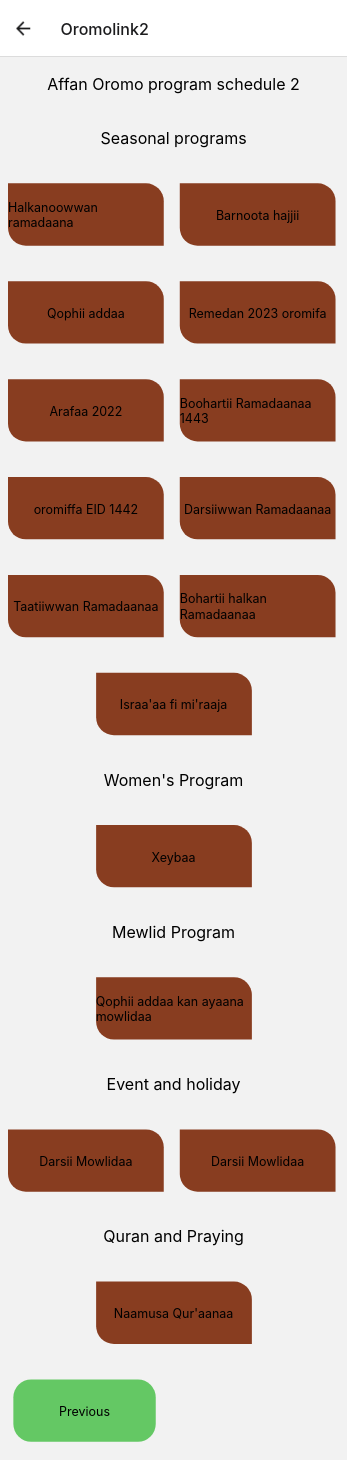
Repository: abdurehmanali611/Assunah_TV
Screen: /Oromolink2
These files come from the project's save history. The screen is drawn as it stood at one moment and after a run of saves; the edit follows.
The pictures are shown at 89% of full size.
The app was drawn by React Native's web renderer in a window 390 px wide. The project was rebuilt for these pictures with package versions that can differ from the ones it lists, and the page was loaded fresh each time. Also part of the build but not shown: Components/Login.js, Components/SignUp.js, Constants/Home.js, Constants/AboutUs.js, Constants/Contacts.js, Constants/AssunahFolder.js, Constants/AssunahKids.js, Constants/AdditionalExtra.js and 28 more.

Above is the screen before, as saved 2023-12-19 07:43:07.

After the next 2 saves:
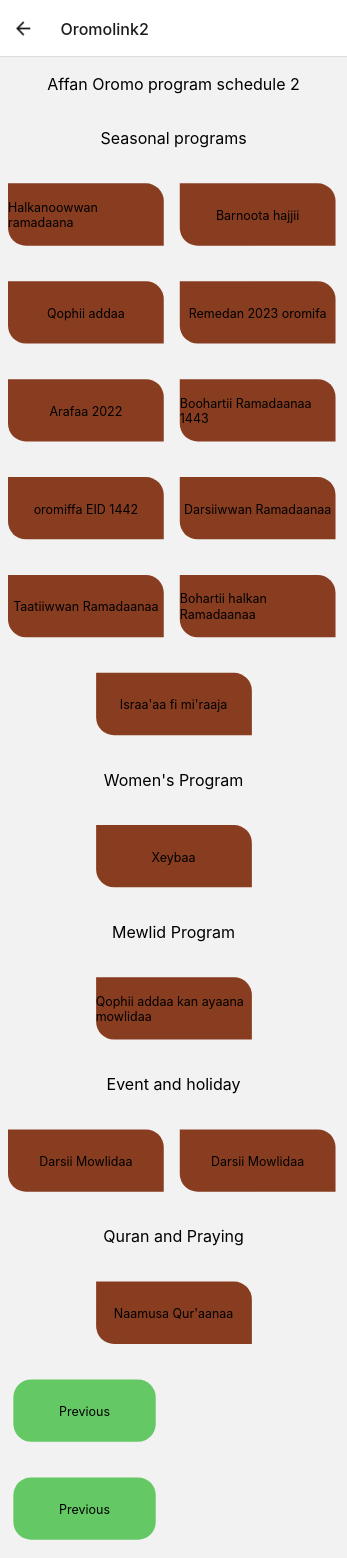
The 2 saves are shown as one change because they came seconds apart.
The last was saved 6 days later.
--- a/Program_Links/AffanOromolink_2.js
+++ b/Program_Links/AffanOromolink_2.js
@@ -140,6 +140,14 @@ const AffanOromolink_2 = ({navigation}) => {
                         <Text>Naamusa Qur'aanaa</Text>
                      </TouchableOpacity>
                 </View>
+                <View style = {{display: 'flex', flexDirection: 'row'}}>
+                    <TouchableOpacity
+                    style = {styles.touch}
+                    onPress={() => navigation.navigate('Oromolink')}
+                    >
+                        <Text>Previous</Text>
+                    </TouchableOpacity>
+                </View>
             </View>
             <View style = {{display: 'flex', flexDirection: 'row'}}>
                     <TouchableOpacity
